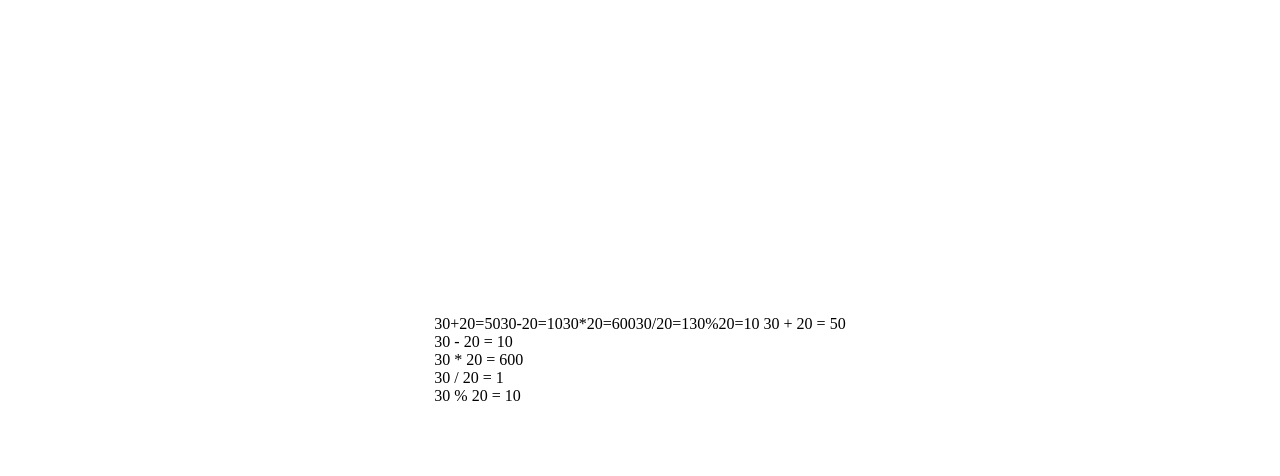
Repository: tjdwlsaos22/TJ_JSP
Page: http://localhost/JSP/Addition.jsp
These files come from the project's save history. The page is drawn as it stood at one moment and after the next save; the edit follows.
The browser window is 1280 px wide. The pictures show the whole page.
The page is served by Tomcat 9.

Above is the page before, as saved 2024-01-17 05:53:12.

### jsp/JSP/src/main/webapp/Addition.jsp
<%@ page language="java" contentType="text/html; charset=UTF-8"
    pageEncoding="UTF-8"%>
<!DOCTYPE html>
<html>
<head>
<meta charset="UTF-8">
<title>Addition</title>
<style>

   		 body {
      	display: flex;
      	align-items: center;
      	justify-content: center;
      	height: 100vh;
      	margin: 0;
    	}

</style>

</head>
<body>
<%
	int a=30;
	int b=20;
	int addition=a+b;
	int m = a-b;
	int n = a*b;
	int c = a/b;
	int d= a%b;

	out.print(a + "+" + b + "=" + (a+b));
	out.print(a + "-" + b + "=" + (a-b));
	out.print(a + "*" + b + "=" + (a*b));
	out.print(a + "/" + b + "=" + (a/b));
	out.print(a + "%" + b + "=" + (a%b));
%>
<!--위의 식은 안보이고, 아래 출력값만 출력된다.  -->
<%=a %> + <%=b %> = <%=addition %><br>
<%=a %> - <%=b %> = <%=m %><br>
<%=a %> * <%=b %> = <%=n %><br>
<%=a %> / <%=b %> = <%=c%><br>
<%=a %> % <%=b %> = <%=d%>

</body>
</html>

After the next save:
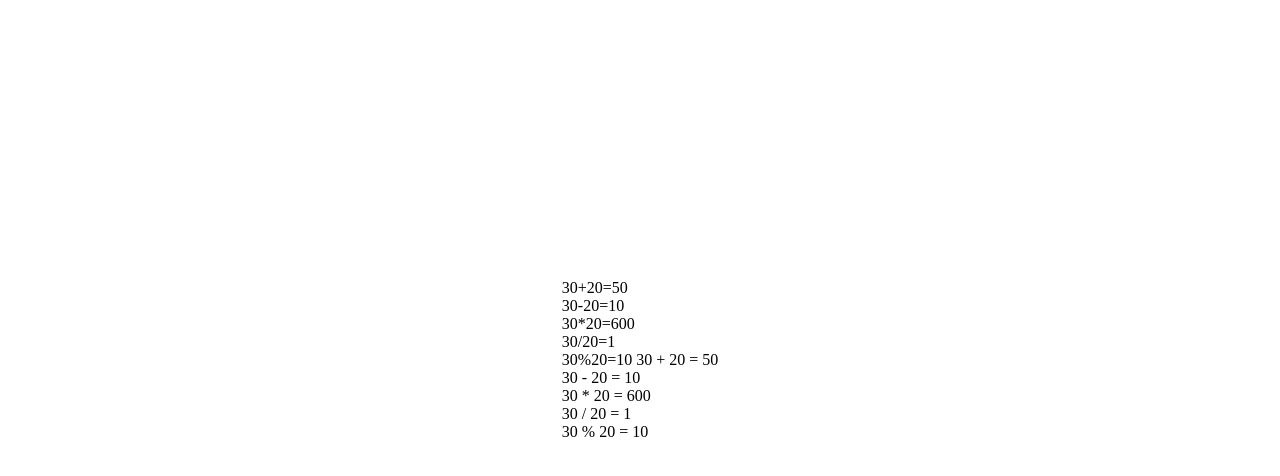
Saved 44 s later.
--- a/jsp/JSP/src/main/webapp/Addition.jsp
+++ b/jsp/JSP/src/main/webapp/Addition.jsp
@@ -28,10 +28,10 @@
 	int c = a/b;
 	int d= a%b;
 
-	out.print(a + "+" + b + "=" + (a+b));
-	out.print(a + "-" + b + "=" + (a-b));
-	out.print(a + "*" + b + "=" + (a*b));
-	out.print(a + "/" + b + "=" + (a/b));
+	out.print(a + "+" + b + "=" + (a+b)+"<br>");
+	out.print(a + "-" + b + "=" + (a-b)+"<br>");
+	out.print(a + "*" + b + "=" + (a*b)+"<br>");
+	out.print(a + "/" + b + "=" + (a/b)+"<br>");
 	out.print(a + "%" + b + "=" + (a%b));
 %>
 <!--위의 식은 안보이고, 아래 출력값만 출력된다.  -->
